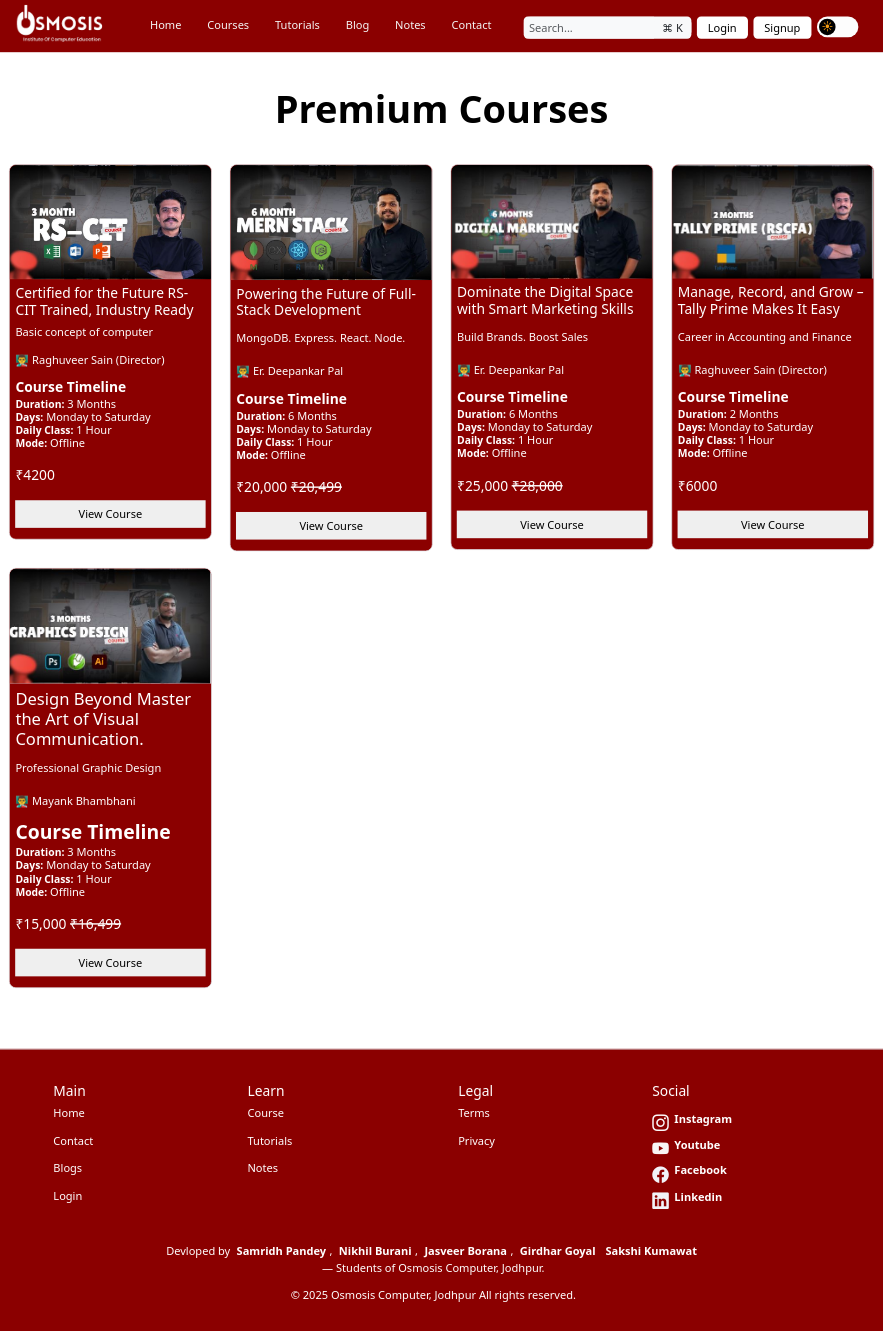
Repository: samriidhpandey/osmosis
Page: /Courses
The author's editor kept a copy of each file at every save. The page is drawn from the files as they stood at one save, then again after a run of saves.
The browser window is 1280 px wide. The pictures show the whole page, at 69% of full size.
The project was rebuilt for these pictures with package versions that can differ from the ones it lists, and the page was loaded fresh each time. Also part of the build but not shown: vite.config.js, src/Section2.jsx, src/Section3.jsx, src/Section4.jsx, src/InfiniteReviewScroll.jsx, src/Section5.jsx, src/TypingText.jsx, src/AnimatedName.jsx and 103 more. Imported but missing from the stored project, and not drawn on this page: src/Images/final-app-on-mobile.mp4, src/Images/final-app-on-pc.mp4, src/Images/open-terminals.mp4, src/Images/python-location.mp4.

Above is the page before, as saved 2025-07-21 16:37:01.

### index.html
<!doctype html>
<html lang="en">
  <head>
    <meta charset="UTF-8" />
    <link rel="icon" type="image/png" href="./src/image/fe1.png" />
    <meta name="viewport" content="width=device-width, initial-scale=1.0" />
    <title>Osmosis Computer</title>
    <link href="https://cdn.jsdelivr.net/npm/bootstrap@5.0.2/dist/css/bootstrap.min.css" rel="stylesheet" integrity="sha384-EVSTQN3/azprG1Anm3QDgpJLIm9Nao0Yz1ztcQTwFspd3yD65VohhpuuCOmLASjC" crossorigin="anonymous">
    <link rel="stylesheet" href="https://cdnjs.cloudflare.com/ajax/libs/font-awesome/6.7.2/css/all.min.css" integrity="sha512-Evv84Mr4kqVGRNSgIGL/F/aIDqQb7xQ2vcrdIwxfjThSH8CSR7PBEakCr51Ck+w+/U6swU2Im1vVX0SVk9ABhg==" crossorigin="anonymous" referrerpolicy="no-referrer" />
    <link href="https://cdn.jsdelivr.net/npm/bootstrap@5.3.0/dist/css/bootstrap.min.css" rel="stylesheet" />
<link href="https://cdn.jsdelivr.net/npm/bootstrap-icons/font/bootstrap-icons.css" rel="stylesheet" />
<!-- <iframe src="https://my.spline.design/your-project-link" frameborder="0" width="100%" height="100%"></iframe> -->


  </head>
  <body>
    <div id="root"></div>
    <script type="module" src="/src/main.jsx"></script>
    <script src="https://cdn.jsdelivr.net/npm/bootstrap@5.0.2/dist/js/bootstrap.bundle.min.js" integrity="sha384-MrcW6ZMFYlzcLA8Nl+NtUVF0sA7MsXsP1UyJoMp4YLEuNSfAP+JcXn/tWtIaxVXM" crossorigin="anonymous"></script>
  </body>
</html>

### src/Footer.jsx
import React from 'react'
import get from './image/github.svg'
import get1 from './image/X.svg'
import get2 from './image/youtube.svg'
import { Link } from 'react-router-dom'
import get3 from './image/facebook.svg'


function Footer({isDark}) {
  const footer = {
    backgroundColor: isDark ? '#111827':'darkred',
    color: isDark ? 'white':'white',
  };
  return (
    <>
    <div className="container-fluid">
      <div className="row border-top" style={footer}>
        <div className="col-12 col-sm-12 col-md-12 col-lg-12 col-xl-11 col-xxl-10 m-auto ">
          <div className="row">
            <div className="col-6 col-sm-6 col-md-3 col-lg-3 col-xl-3 col-xxl-3 mt-5 ps-4 fot-menu">
              <h5>Main</h5>
              <Link to="/" className='text-white'><p>Home</p></Link>{""}
              <Link to="/Contact" className='text-white'><p>Contact</p></Link>{""}
              <Link to="/Blog" className='text-white'><p>Blogs</p></Link>{""}
              <Link to="/Login" className='text-white'><p>Login</p></Link>{""}
            </div>

            <div className="col-6 col-sm-6 col-md-3 col-lg-3 col-xl-3 col-xxl-3 mt-5">
              <h5>Learn</h5>
              <Link to="/Courses" className='text-white'><p>Course</p></Link>{""}
              <Link to="/Tutorial" className='text-white'><p>Tutorials</p></Link>{""}
              <Link to="/Notes" className='text-white'><p>Notes</p></Link>{""}

            </div>

            <div className="col-6 col-sm-6 col-md-3 col-lg-3 col-xl-3 col-xxl-3 mt-5 ps-4">
              <h5>Legal</h5>
              <Link to="/Terms" className='text-white'><p>Terms</p></Link>{""}
              <Link to="/Privacy" className='text-white'><p>Privacy</p></Link>{""}
              {/* <p>Refund</p> */}

            </div>

            <div className="col-6 col-sm-6 col-md-3 col-lg-3 col-xl-3 col-xxl-3 mt-5">
              <h5>Social</h5>
             <a href="https://www.instagram.com/osmosis_computer?igsh=MWkyNGtib2s1NG10OQ%3D%3D&utm_source=qr "
              target="_blank"
    rel="noopener noreferrer"
    style={{
      color:'white',
      textDecoration: "none",
      fontWeight: "bold",
      marginTop: "0px",
      marginBottom: "0px",
    }}
    onMouseOver={(e) => (e.target.style.textDecoration = "underline")}
    onMouseOut={(e) => (e.target.style.textDecoration = "none")}><div className="social d-flex p-0 mt-3"> <i className="bi bi-instagram" style={{fontSize:'24px', color:" #fcf9faff",}}></i><img className='img-fluid me-2 bg-light rounded' alt="" /> <p> Instagram</p></div> </a>


    <a href="https://www.youtube.com/@OsmosisComputerJodhpur "
              target="_blank"
    rel="noopener noreferrer"
    style={{
      color:'white',
      textDecoration: "none",
      fontWeight: "bold",
      marginTop: "0px",
      marginBottom: "0px",
    }}
    onMouseOver={(e) => (e.target.style.textDecoration = "underline")}
    onMouseOut={(e) => (e.target.style.textDecoration = "none")}><div className="social d-flex p-0 mt-3"> <i className="bi bi-youtube" style={{fontSize:'24px', color:" #f9f5f5ff",}}></i><img className='img-fluid me-2 bg-light rounded' alt="" /> <p> Youtube</p></div> </a>



    <a href="https://www.facebook.com/share/1LYuEtGZGp/?mibextid=wwXIfr"
              target="_blank"
    rel="noopener noreferrer"
    style={{
      color:'white',
      textDecoration: "none",
      fontWeight: "bold",
      marginTop: "0px",
      marginBottom: "0px",
    }}
    onMouseOver={(e) => (e.target.style.textDecoration = "underline")}
    onMouseOut={(e) => (e.target.style.textDecoration = "none")}><div className="social d-flex p-0 mt-3"> <i className="bi bi-facebook" style={{fontSize:'24px', color:" #f2f2f8ff",}}></i><img className='img-fluid me-2 bg-light rounded' alt="" /> <p> Facebook</p></div> </a>



    <a href="https://www.linkedin.com/company/osmosiscomputer/"
              target="_blank"
    rel="noopener noreferrer"
    style={{
      color:'white',
      textDecoration: "none",
      fontWeight: "bold",
      marginTop: "0px",
      marginBottom: "0px",
    }}
    onMouseOver={(e) => (e.target.style.textDecoration = "underline")}
    onMouseOut={(e) => (e.target.style.textDecoration = "none")}><div className="social d-flex p-0 mt-3"> <i className="bi bi-linkedin" style={{fontSize:'24px', color:" #f2f2f8ff",}}></i><img className='img-fluid me-2 bg-light rounded' alt="" /> <p>Linkedin</p></div> </a>



            </div>
          </div>
        </div>

        <div className="row">
          <div className="col-12">


  <footer
  className='mt-3'
  style={{
    padding: "1.5rem",
    textAlign: "center",


  }}
>
  Devloped by{" "}
  <a
    href="https://www.linkedin.com/in/samridh-pandey-771835317?utm_source=share&utm_campaign=share_via&utm_content=profile&utm_medium=android_app"
    target="_blank"
    rel="noopener noreferrer"
    style={{
      color:'white',
      textDecoration: "none",
      fontWeight: "bold",
      margin: "0 5px",
    }}
    onMouseOver={(e) => (e.target.style.textDecoration = "underline")}
    onMouseOut={(e) => (e.target.style.textDecoration = "none")}
  >
    Samridh Pandey
  </a>
  ,{" "}
  <a
    href="https://www.linkedin.com/in/nikhil-burani?utm_source=share&utm_campaign=share_via&utm_content=profile&utm_medium=android_app"
    target="_blank"
    rel="noopener noreferrer"
    style={{
      color:'white',
      textDecoration: "none",
      fontWeight: "bold",
      margin: "0 5px",
    }}
    onMouseOver={(e) => (e.target.style.textDecoration = "underline")}
    onMouseOut={(e) => (e.target.style.textDecoration = "none")}
  >
    Nikhil Burani
  </a>
  ,{" "}
  <a
    href="https://www.linkedin.com/in/jasveer-borana-39878a373?utm_source=share&utm_campaign=share_via&utm_content=profile&utm_medium=android_app "
    target="_blank"
    rel="noopener noreferrer"
    style={{
      color:'white',
      textDecoration: "none",
      fontWeight: "bold",
      margin: "0 5px",
    }}
    onMouseOver={(e) => (e.target.style.textDecoration = "underline")}
    onMouseOut={(e) => (e.target.style.textDecoration = "none")}
  >
    Jasveer Borana
  </a>
  ,{" "}
  <a
    href="https://www.linkedin.com/in/girdhar-goyal-1376b5332?lipi=urn%3Ali%3Apage%3Ad_flagship3_profile_view_base_contact_details%3B9WR3byrCTMq%2FaVpFyt54vQ%3D%3D"
    target="_blank"
    rel="noopener noreferrer"
    style={{
      textDecoration: "none",
      fontWeight: "bold",
      margin: "0 5px",
      color:'white',
    }}
    onMouseOver={(e) => (e.target.style.textDecoration = "underline")}
    onMouseOut={(e) => (e.target.style.textDecoration = "none")}
  >
    Girdhar Goyal
  </a>{" "}

  <a
    href="https://www.linkedin.com/in/sakshi-k-b046b4320?utm_source=share&utm_campaign=share_via&utm_content=profile&utm_medium=ios_app "
    target="_blank"
    rel="noopener noreferrer"
    style={{
      textDecoration: "none",
      fontWeight: "bold",
      margin: "0 5px",
      color:'white',
    }}
    onMouseOver={(e) => (e.target.style.textDecoration = "underline")}
    onMouseOut={(e) => (e.target.style.textDecoration = "none")}
  >
    Sakshi Kumawat
  </a>{" "}

  <p>—  Students of Osmosis Computer, Jodhpur.</p>
  <p>© 2025 Osmosis Computer, Jodhpur All rights reserved.</p>
</footer>



          </div>
        </div>
      </div>
    </div>
    </>
  )
}

export default Footer

### src/Component2/Courses.jsx
import React from 'react'
import ad1 from '../image/c1.jpg';
import ad2 from '../image/c2.jpg';
import ad3 from '../image/c3.jpg';
import ad4 from '../image/c4.jpg';
import ad5 from '../image/c5.jpg';
import { Link } from "react-router-dom";



function Courses({isDark}) {
  const Courses = {
    backgroundColor: isDark ? '#0E121B' : 'white',
    color: isDark ? 'white' : 'black',
  };
  const Courses1 = {
    backgroundColor: isDark ? 'black' : 'darkred',
    color: isDark ? 'white' : 'white',
  };


  const headingStyle = {
    // fontSize: "20px",
    fontWeight: "600",
    color: "white",
    marginBottom: "-20px",
  };

  const itemStyle = {
    fontSize: "16px",
    color: "white",
    // lineHeight:'-100px',
    marginBottom: "-45px",
  };
  return (
    <>
    {/* <BrowserRouter> */}


    <div className="container-fluid">
      <div className="row"style={Courses}>
        <div className="col-12">
          <h1 className=' fw-bolder text-center mt-5 mb-4'>Premium Courses</h1>
          <div className="row mt-5 mb-5 pb-3">

           <div className="col-12 col-sm-12 col-md-6 col-lg-4 col-xl-3 col-xxl-3" >
            <Link to="/part1" className='part1'>
              <div className="row">
                <div className="col-11 border mb-4 pb-2 m-auto p-0 cour-card" style={Courses1}>
                    <div className="col-12 p-0 cour-img">
                <img src={ad1} className='img-fluid cour-img' alt="" />
              </div>
              <div className=" p-2">
            <h5 className=''>Certified for the Future RS-CIT Trained, Industry Ready</h5>
            <p className=''>Basic concept of computer</p>
            <p className=''>👨‍🏫 Raghuveer Sain (Director)</p>
            <h5  style={headingStyle}>Course Timeline</h5>
      <p style={itemStyle}><strong>Duration:</strong> 3 Months</p>
      <p style={itemStyle}><strong>Days:</strong> Monday to Saturday</p>
      <p style={itemStyle}><strong>Daily Class:</strong> 1 Hour</p>
      <p style={itemStyle}><strong>Mode:</strong> Offline </p>
            <h5 className='mt-5'>₹4200</h5>

            <button className='w-100 mt-3 border-0 pt-2 pb-2'>View Course</button>
          </div>
                </div>
              </div>

            </Link>{""}
          </div>


          <div className="col-12 col-sm-12 col-md-6 col-lg-4 col-xl-3 col-xxl-3">
            <Link to="/part2" className='part1'>
              <div className="row">
                <div className="col-11 border mb-4 pb-2 m-auto p-0 cour-card" style={Courses1}>
                    <div className="col-12 p-0 cour-img">
                <img src={ad2} className='img-fluid cour-img' alt="" />
              </div>
              <div className=" p-2">
            <h5 className=''>Powering the Future of Full-Stack Development</h5>
            <p className='mt-3'>MongoDB. Express. React. Node.</p>
            <p className='mt-4'>👨‍🏫 Er. Deepankar Pal</p>
            <h5 style={headingStyle}>Course Timeline</h5>
      <p style={itemStyle}><strong>Duration:</strong> 6 Months</p>
      <p style={itemStyle}><strong>Days:</strong> Monday to Saturday</p>
      <p style={itemStyle}><strong>Daily Class:</strong> 1 Hour</p>
      <p style={itemStyle}><strong>Mode:</strong> Offline </p>
            <h5 className='mt-5'>₹20,000 <s>₹20,499</s></h5>

            <button className='w-100 mt-3 border-0 pt-2 pb-2'>View Course</button>
          </div>
                </div>
              </div>
             </Link>{""}

          </div>



          <div className="col-12 col-sm-12 col-md-6 col-lg-4 col-xl-3 col-xxl-3">
            <Link to="/part3" className='part1'>
              <div className="row">
                <div className="col-11 border mb-4 pb-2 m-auto p-0 cour-card" style={Courses1}>
                    <div className="col-12 p-0 cour-img">
                <img src={ad3} className='img-fluid cour-img w-100' alt="" />
              </div>
              <div className=" p-2">
            <h5 className=''>Dominate the Digital Space with Smart Marketing Skills</h5>
            <p className='mt-3'>Build Brands. Boost Sales</p>
            <p className='mt-4'>👨‍🏫 Er. Deepankar Pal</p>
            <h5 style={headingStyle}>Course Timeline</h5>
      <p style={itemStyle}><strong>Duration:</strong> 6 Months</p>
      <p style={itemStyle}><strong>Days:</strong> Monday to Saturday</p>
      <p style={itemStyle}><strong>Daily Class:</strong> 1 Hour</p>
      <p style={itemStyle}><strong>Mode:</strong> Offline </p>
            <h5 className='mt-5'>₹25,000 <s>₹28,000</s></h5>

            <button className='w-100 mt-3 border-0 pt-2 pb-2'>View Course</button>
          </div>
                </div>
              </div>
             </Link>{""}

          </div>




          <div className="col-12 col-sm-12 col-md-6 col-lg-4 col-xl-3 col-xxl-3">
            <Link to="/part4" className='part1'>
              <div className="row">
                <div className="col-11 border mb-4 pb-2 m-auto p-0 cour-card" style={Courses1}>
                    <div className="col-12 p-0 cour-img">
                <img src={ad4} className='img-fluid cour-img w-100' alt="" />
              </div>
              <div className=" p-2">
            <h5 className=''>Manage, Record, and Grow – Tally Prime Makes It Easy</h5>
            <p className='mt-3'>Career in Accounting and Finance</p>
            <p className='mt-4'>👨‍🏫 Raghuveer Sain (Director)</p>
            <h5 style={headingStyle}>Course Timeline</h5>
      <p style={itemStyle}><strong>Duration:</strong> 2 Months</p>
      <p style={itemStyle}><strong>Days:</strong> Monday to Saturday</p>
      <p style={itemStyle}><strong>Daily Class:</strong> 1 Hour</p>
      <p style={itemStyle}><strong>Mode:</strong> Offline </p>
            <h5 className='mt-5'>₹6000</h5>

            <button className='w-100 mt-3 border-0 pt-2 pb-2'>View Course</button>
          </div>
                </div>
              </div>
             </Link>{""}

          </div>





          <div className="col-12 col-sm-12 col-md-6 col-lg-4 col-xl-3 col-xxl-3">
            <Link to="/part5" className='part1'>
              <div className="row">
                <div className="col-11 border mb-4 pb-2 m-auto p-0 cour-card" style={Courses1}>
                    <div className="col-12 p-0 cour-img">
                <img src={ad5} className='img-fluid cour-img w-100' alt="" />
              </div>
              <div className=" p-2">
            <h4 className=''>Design Beyond Master the Art of Visual Communication.</h4>
            <p className='mt-3'>Professional Graphic Design</p>
            <p className='mt-4'>👨‍🏫 Mayank Bhambhani</p>
            <h3 style={headingStyle}>Course Timeline</h3>
      <p style={itemStyle}><strong>Duration:</strong> 3 Months</p>
      <p style={itemStyle}><strong>Days:</strong> Monday to Saturday</p>
      <p style={itemStyle}><strong>Daily Class:</strong> 1 Hour</p>
      <p style={itemStyle}><strong>Mode:</strong> Offline </p>
            <h5 className='mt-5'>₹15,000 <s>₹16,499</s></h5>

            <button className='w-100 mt-3 border-0 pt-2 pb-2'>View Course</button>
          </div>
                </div>
              </div>
             </Link>{""}

          </div>





          </div>
        </div>
      </div>


    </div>


    </>
  )
}

export default Courses

Loaded but not shown: src/main.jsx (common file); src/App.jsx (426 lines, source omitted); src/App.css (1048 lines, source omitted); src/index.css (no stored copy; drawn as an empty file)

After the next 2 saves:
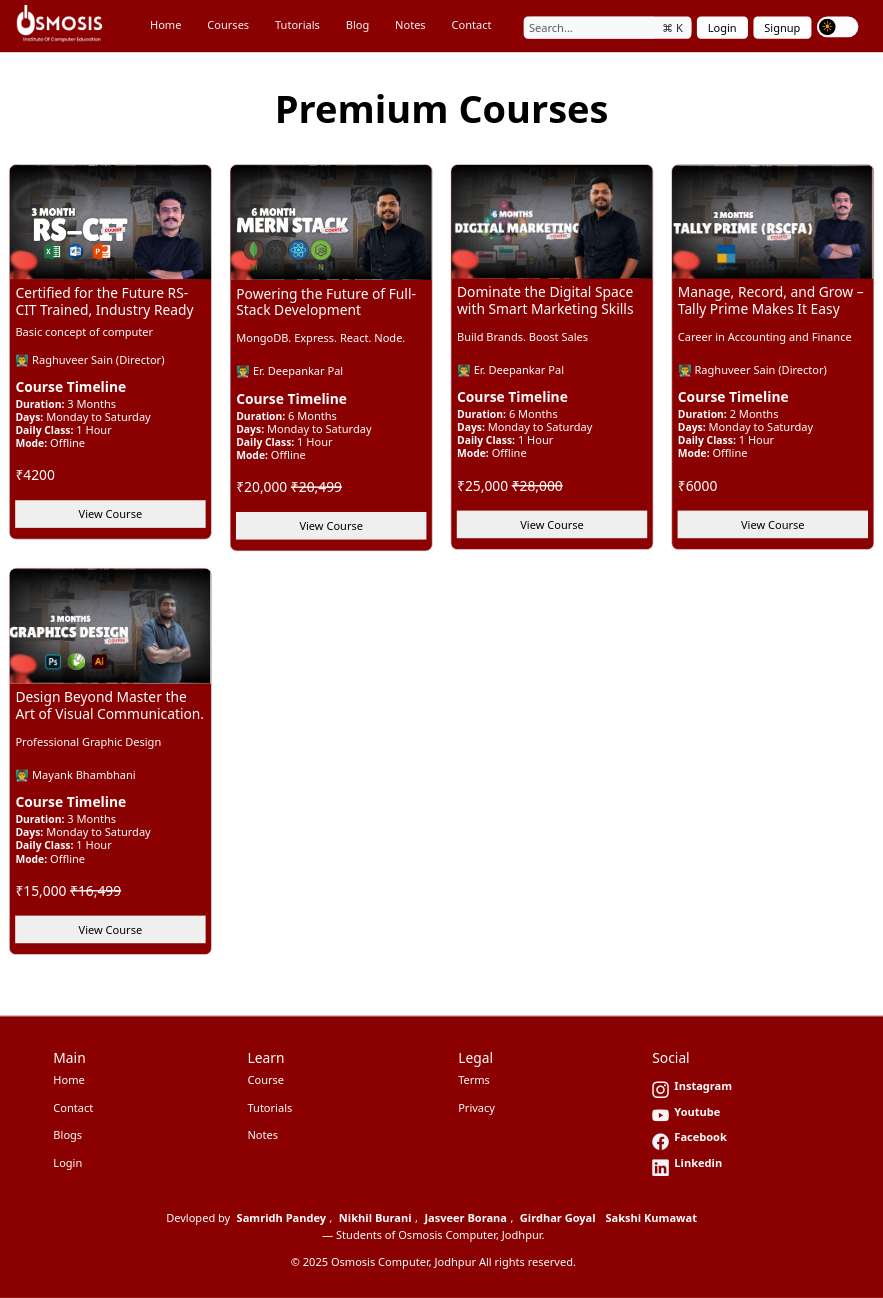
The 2 saves are shown as one change because they came seconds apart.
The last was saved 20 s later.
--- a/src/Component2/Courses.jsx
+++ b/src/Component2/Courses.jsx
@@ -165,10 +165,10 @@
                 <img src={ad5} className='img-fluid cour-img w-100' alt="" />
               </div>
               <div className=" p-2">
-            <h4 className=''>Design Beyond Master the Art of Visual Communication.</h4>
+            <h5 className=''>Design Beyond Master the Art of Visual Communication.</h5>
             <p className='mt-3'>Professional Graphic Design</p>
             <p className='mt-4'>👨‍🏫 Mayank Bhambhani</p>
-            <h3 style={headingStyle}>Course Timeline</h3>
+            <h5 style={headingStyle}>Course Timeline</h5>
       <p style={itemStyle}><strong>Duration:</strong> 3 Months</p>
       <p style={itemStyle}><strong>Days:</strong> Monday to Saturday</p>
       <p style={itemStyle}><strong>Daily Class:</strong> 1 Hour</p>
